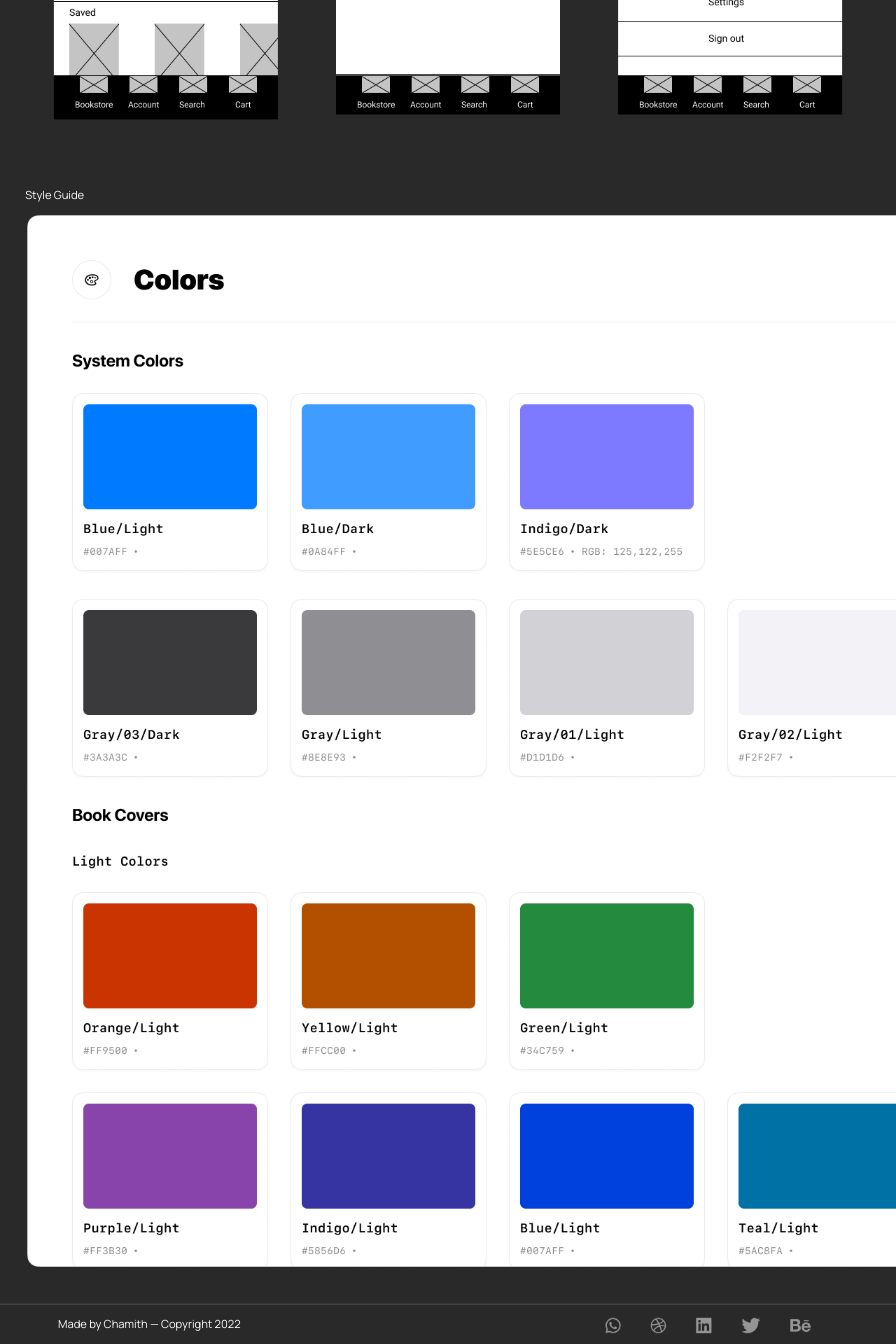
Repository: Realchamithweb/chamith-html
Page: work.html
The author's editor kept a copy of each file at every save. The page is drawn from the files as they stood at one save, then again after the next save.
The browser window is 1280 px wide. The pictures show the part of the page from y = 2142 to 4062 px (the page is 4062 px tall before and 3903 px after), at 70% of full size.

Above is the page before, as saved 2023-01-24 07:50:29.

### work.html
<!doctype html>
<html lang="en">
  <head>
    <!-- Required meta tags -->
    <meta charset="utf-8">
    <meta name="viewport" content="width=device-width, initial-scale=1">
    <link rel="stylesheet" href="/css/style.css">
    <!-- Bootstrap CSS -->
    <link href="https://cdn.jsdelivr.net/npm/bootstrap@5.0.2/dist/css/bootstrap.min.css" rel="stylesheet" integrity="sha384-EVSTQN3/azprG1Anm3QDgpJLIm9Nao0Yz1ztcQTwFspd3yD65VohhpuuCOmLASjC" crossorigin="anonymous">
    <link rel="stylesheet" href="https://fonts.googleapis.com/css?family=Manrope">
    <title>Hello, world!</title>
  </head>
  <body>
    <div class="main">
            <div class="head">
                <nav class="navbar navbar-expand-lg navbar-light bg-dark">
                    <div class="container-fluid">
                        <div class="col-md-1"></div>
                    <a class="navbar-brand col-md-8 text-light" href="/index.html">Navbar</a>
                    <button class="navbar-toggler" type="button" data-bs-toggle="collapse" data-bs-target="#navbarNavDropdown" aria-controls="navbarNavDropdown" aria-expanded="false" aria-label="Toggle navigation">
                        <span class="navbar-toggler-icon"></span>
                    </button>
                    <div class="collapse navbar-collapse" id="navbarNavDropdown">
                        <ul class="navbar-nav">
                        <li class="nav-item">
                            <a class="nav-link active text-light" aria-current="page" href="/index.html">Home</a>
                        </li>
                        <li class="nav-item">
                            <a class="nav-link text-light" href="/work.html">About More</a>
                        </li>
                        <li class="nav-item">
                            <a class="nav-link text-light" href="/contact.html">Contact</a>
                        </li>
                        </ul>
                    </div>
                    </div>
                </nav>
            </div>
            <section>
                <div class="row">
                    <img src="/inc/work-top.png" class="work-hero">
                </div>
            </section>
            <section>
                <div class="row">
                    <div class="container-fluid text-light ms-5 mt-5">
                        <p>My BOOK</p>
                        <h>Online book store for<br>
                            busy readers </h3>
                    </div>
                </div>
                <div class="row p-5">
                        <div class="col-lg-3 text-light">
                            <p>CLIENT</p>
                            <h4>MyBook</h4>
                        </div>
                        <div class="col-lg-3 text-light">
                            <p>ROLE</p>
                            <h4>Product Designer</h4>
                        </div>
                        <div class="col-lg-3 text-light">
                            <p>INDUSTRY</p>
                            <h4>Retail</h4>
                        </div>
                        <div class="col-lg-3 text-light">
                            <p>DURATION</p>
                            <h4>2 Months</h4>
                        </div>
                </div>
            </section>
            <section>
                <div class="row p-5">
                    <div class="col-lg-12 text-light">
                        <p>Defining the Problem</p>
                        <h3>Readers like workers, students, or educators haven't timed or ability to visit a bookstore with their busy schedules.</h3>
                    </div>
                </div>
            </section>
            <section>
                <div class="row p-5">
                    <div class="col-lg-12 text-light">
                        <p>User research: summary</p>
                        <h3>This is the foundational research. User interview was the research method. User segment is people who buying books online at least once a month and age between 18 to 64. Participants are who lives in metropolitan or suburban areas.</h3>
                    </div>
                </div>
            </section>
            <section>
                <div class="row p-5">
                    <div class="col-lg-12 text-light">
                        <p>Digital wireframes</p>
                        <h3>As initial design phase continued, I made sure to base screen design on the feedback and findings from the user research.</h3>
                    </div>
                </div>
            </section>
            <section>
                <div class="row p-5">
                    <div class="col-lg-4 mx-auto">
                        <img src="/inc/Cart.png" class="img-fluid mx-auto d-block text-center">
                    </div>
                    <div class="col-lg-4 mx-auto">
                        <img src="/inc/Search.png" class="img-fluid mx-auto d-block text-center">
                    </div>
                    <div class="col-lg-4 mx-auto">
                        <img src="/inc/Account.png" class="img-fluid mx-auto d-block text-center">
                    </div>
                </div>
            </section>
            <section>
                <div class="row">
                    <div class="col-lg-12 text-light p-5">
                        <p>Style Guide</p>
                        <img src="/inc/Colors.png" >
                    </div>
                </div>
            </section>
            <section>
              <div class="footer">
                  <div class="container-fluid">
                      <div class="row">
                          <hr class="text-light">
                          <div class="col-lg-4 text-center text-light mb-3">Made by Chamith — Copyright 2022</div>
                          <div class="col-lg-4 mb-3"></div>
                          <div class="col-lg-4 mb-3"><img src="/inc/Icons.png" class="img02"></div>
                      </div>
                  </div>
              </div>
          </section>

  </div>


    <!-- Optional JavaScript; choose one of the two! -->

    <!-- Option 1: Bootstrap Bundle with Popper -->
    <script src="https://cdn.jsdelivr.net/npm/bootstrap@5.0.2/dist/js/bootstrap.bundle.min.js" integrity="sha384-MrcW6ZMFYlzcLA8Nl+NtUVF0sA7MsXsP1UyJoMp4YLEuNSfAP+JcXn/tWtIaxVXM" crossorigin="anonymous"></script>

    <!-- Option 2: Separate Popper and Bootstrap JS -->
    <!--
    <script src="https://cdn.jsdelivr.net/npm/@popperjs/core@2.9.2/dist/umd/popper.min.js" integrity="sha384-IQsoLXl5PILFhosVNubq5LC7Qb9DXgDA9i+tQ8Zj3iwWAwPtgFTxbJ8NT4GN1R8p" crossorigin="anonymous"></script>
    <script src="https://cdn.jsdelivr.net/npm/bootstrap@5.0.2/dist/js/bootstrap.min.js" integrity="sha384-cVKIPhGWiC2Al4u+LWgxfKTRIcfu0JTxR+EQDz/bgldoEyl4H0zUF0QKbrJ0EcQF" crossorigin="anonymous"></script>
    -->
  </body>
</html>

### css/style.css
.main{
    background-color: #292929;
    font-family: 'Manrope', serif;
    overflow-x: hidden;

}
.navbar{
    padding-top: 15px!important;
    padding-bottom: 15px!important;
}
.nav-link{
    font-size: 18px!important;
}
.hero{
    margin-top: 66px;
}

.hero-img{
    margin-top: 3em;
}

.hero-title{
    font-style: normal;
    font-weight: 400;
    font-size: 54px;
    line-height: 64px;
    margin-left: 96px;
}

.hero-text{
    font-style: normal;
    font-weight: 400;
    font-size: 20px;
    line-height: 30px;
    margin-left: 96px;
}

.hero-btn{
    margin-left: 96px;
}

.work-img:hover img{
        opacity: 0.5;
}

.work-img {
    position: relative;
  }

  .bg-color
  .work-img img {
    width: 100%;
    opacity: 1;
    transition: opacity 0.5s;
  }
.work-img .text {
    position: absolute;
    top: 50%;
    left: 50%;
    transform: translate(-50%, -50%);
    text-align: center;
    color: white;
  }

  .work-hero{
    width: 1440px;
    height: 640px;
    left: 0px;
    top: 0px;
  }
/*
.hero-title{
    position: absolute;
    width: 824px;
    height: 192px;
    left: 96px;
    top: 240px;

    font-family: 'Inter';
    font-style: normal;
    font-weight: 400;
    font-size: 54px;
    line-height: 64px;
    color: #000000;
}

.hero-text{
    position: absolute;
    width: 824px;
    height: 90px;
    left: 96px;
    top: 456px;

    font-family: 'Inter';
    font-style: normal;
    font-weight: 400;
    font-size: 20px;
    line-height: 30px;
    /* or 150% */
    /* color: #000000
}

.hero-btn{
    box-sizing: border-box;
    position: absolute;
    width: 341.57px;
    height: 57px;
    left: 96px;
    top: 634px;

    background: #FFFFFF;
    border: 1px solid #000000;
    border-radius: 4px;
}

.f-row{
    display: flex;
    flex-direction: row;
    justify-content: center;
    align-items: center;
    padding: 8px;
    gap: 32px;

    position: absolute;
    height: 48px;
    left: 96px;
    top: 836px;
}

.img00{
    display: flex;
    flex-direction: row;
    justify-content: center;
    align-items: center;
    padding: 8px;
    gap: 32px;

    position: absolute;
    width: 198px;
    height: 48px;
    left: 96px;
    top: 836px;

}

.img01{
    position: absolute;
    width: 612px;
    height: 888px;
    left: 96px;
    top: 964px;
    border-radius: 4px;
}

.img01:hover{
    background: linear-gradient(0deg, rgba(0, 0, 0, 0.6), rgba(0, 0, 0, 0.6)), url("/inc/Bookstore.png"), #292929;
}

.img02{
    position: absolute;
    width: 612px;
    height: 888px;
    left: 732px;
    top: 1102px;

    background: url(3ffea8135910975.Y3JvcCwxMDgwLDg0NCwwLDExNw.png), #292929;
    border-radius: 4px;
}  */

After the next save:
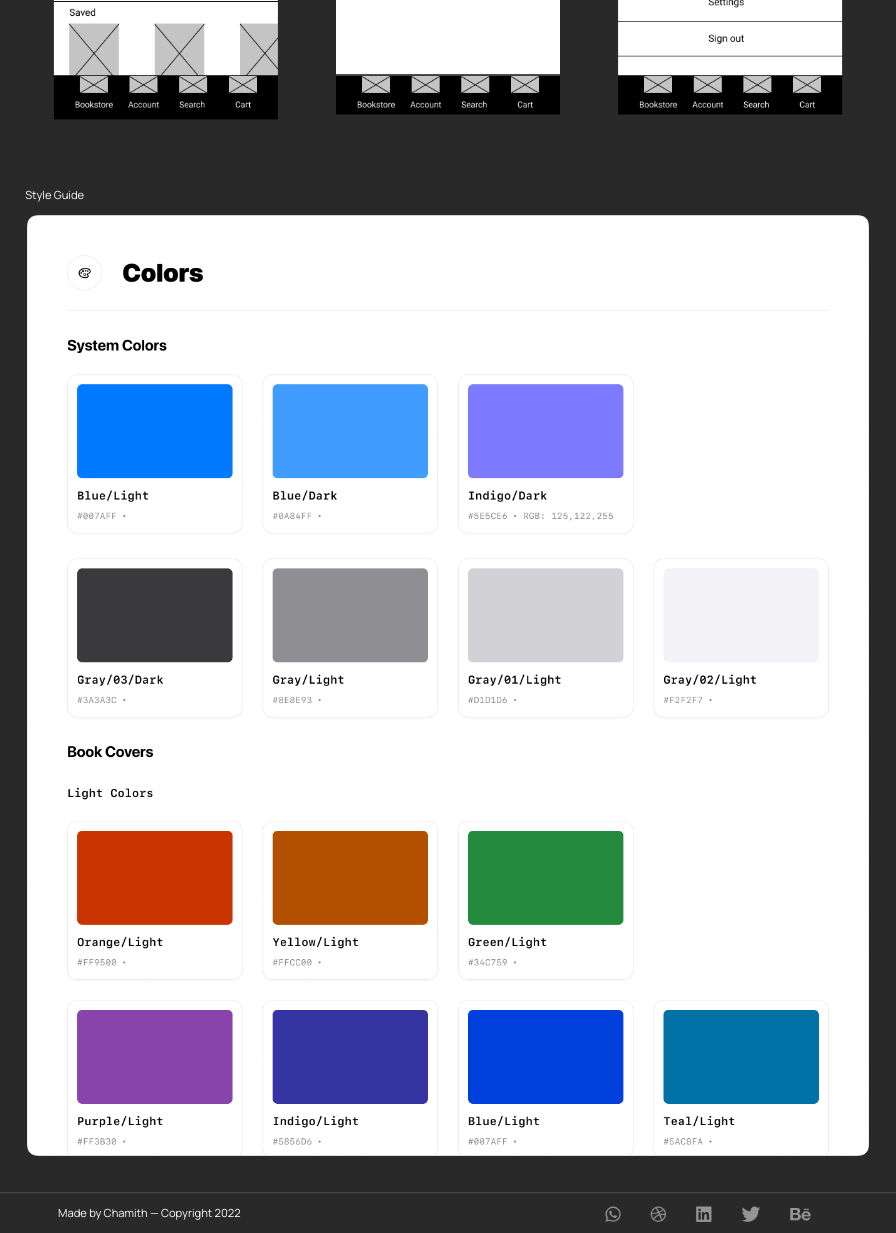
Saved 9 s later.
--- a/work.html
+++ b/work.html
@@ -109,7 +109,7 @@
                 <div class="row">
                     <div class="col-lg-12 text-light p-5">
                         <p>Style Guide</p>
-                        <img src="/inc/Colors.png" >
+                        <img src="/inc/Colors.png" class="img-fluid mx-auto d-block text-center">
                     </div>
                 </div>
             </section>
